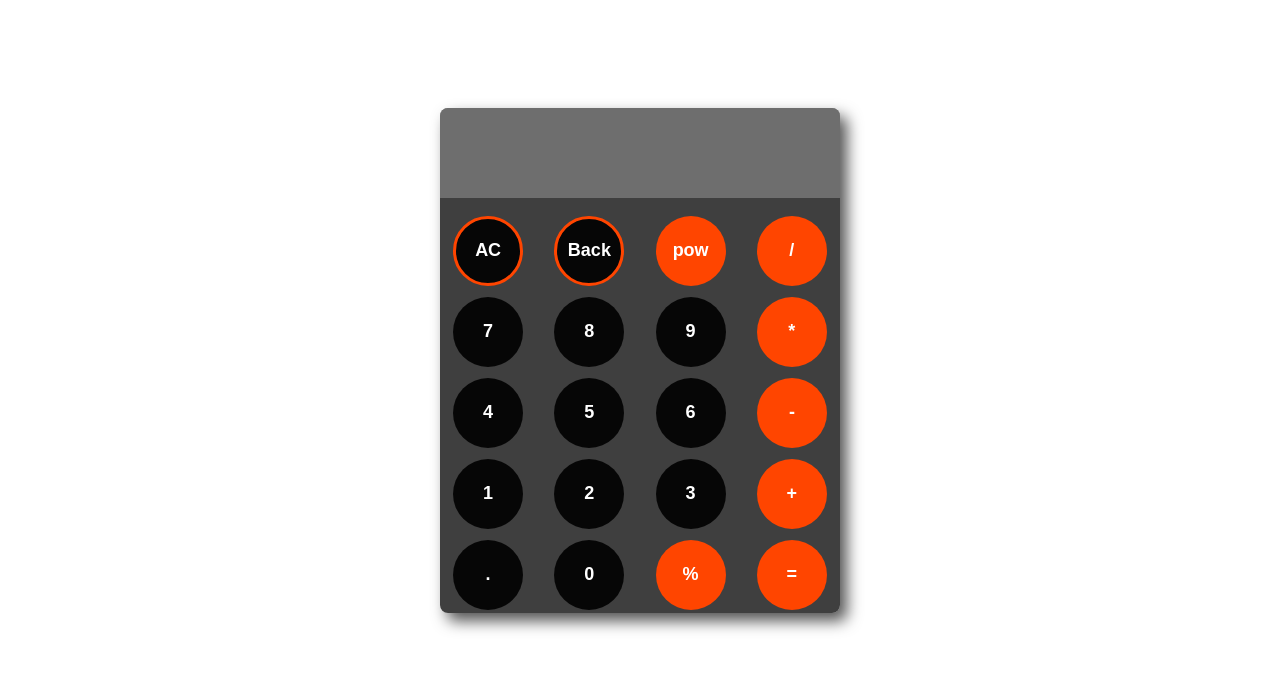
Repository: SakthivelDurai47/calculator
Page: index.html
These files come from the project's save history. The page is drawn as it stood at one moment and after the next save; the edit follows.
The browser window is 1280 px wide. The pictures show the whole page.

Above is the page before, as saved 2025-04-13 15:55:05.

After the next save:
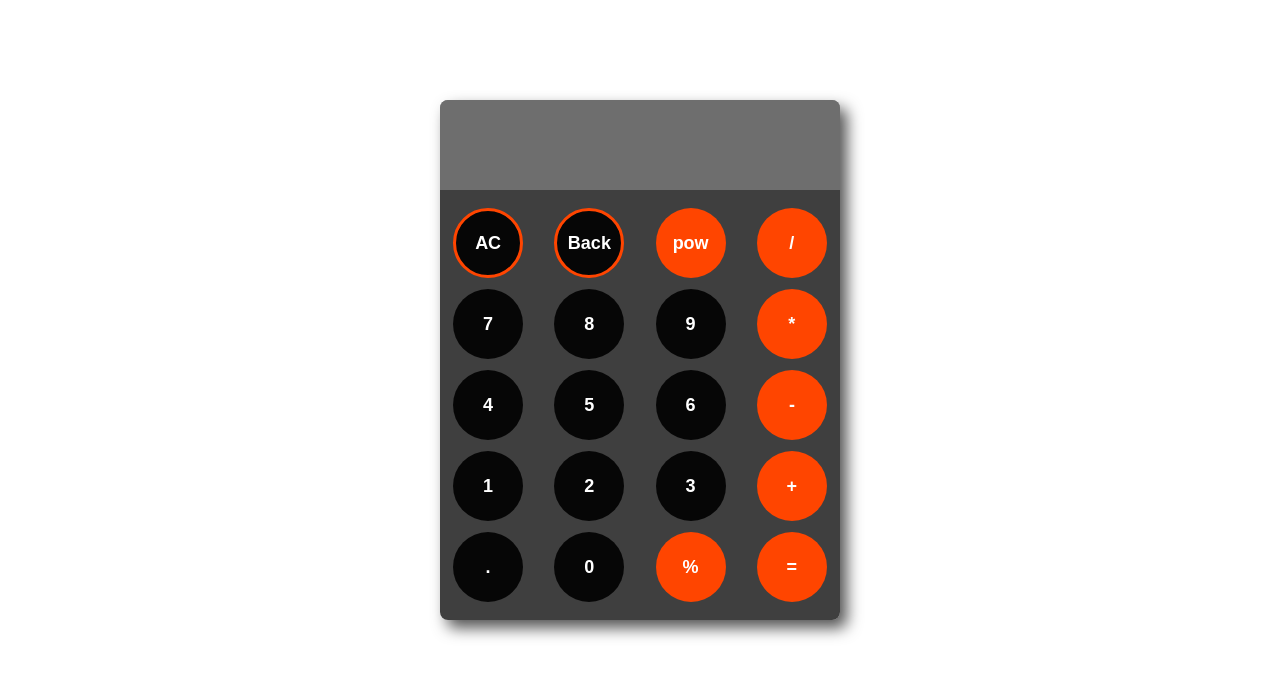
Saved 13 s later.
--- a/styles.css
+++ b/styles.css
@@ -50,6 +50,7 @@ button:active {
   border-radius: 8px;
   box-shadow: 7px 8px 15px rgba(0, 0, 0, 0.678);
   overflow: hidden;
+  padding-bottom: 15px;
 }
 #display {
   width: 100%;
